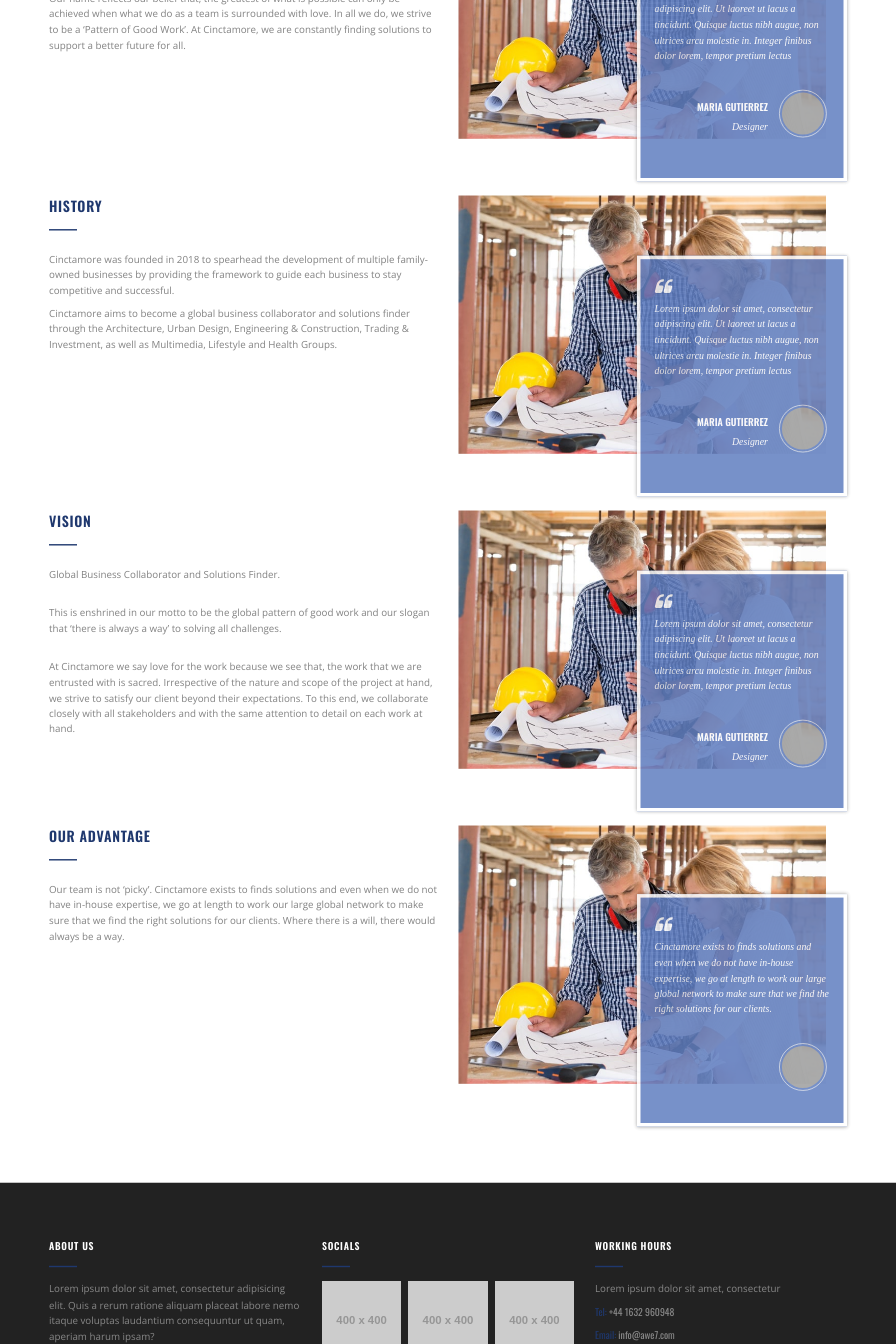
Repository: techieaccl/techieaccl.github.io
Page: about-us.html
These files come from the project's save history. The page is drawn as it stood at one moment and after the next save; the edit follows.
The browser window is 1280 px wide. The pictures show the part of the page from y = 555 to 2475 px (the page is 2671 px tall), at 70% of full size.
Pictures or frames that could not be fetched are drawn as grey boxes. Some web fonts or font styles are not loaded; a fallback is used.

Above is the page before, as saved 2021-09-08 20:01:34.

### about-us.html
<!DOCTYPE html>
<html>
    <head>
		<title>About Us</title>
		<meta charset="utf-8">
		<meta name="viewport" content="width=device-width, initial-scale=1.0, maximum-scale=1.0, user-scalable=no">
		<meta name="format-detection" content="telephone=no">
		<meta name="apple-mobile-web-app-capable" content="yes">
		<!-- Fonts-->
		<link rel="stylesheet" type="text/css" href="assets/fonts/fontawesome/font-awesome.min.css">
		<link rel="stylesheet" type="text/css" href="assets/fonts/pe-icon/pe-icon.css">
		<!-- Vendors-->
		<link rel="stylesheet" type="text/css" href="assets/vendors/bootstrap/grid.css">
		<link rel="stylesheet" type="text/css" href="assets/vendors/magnific-popup/magnific-popup.min.css">
		<link rel="stylesheet" type="text/css" href="assets/vendors/swiper/swiper.css">
		<!-- App & fonts-->
		<link rel="stylesheet" type="text/css" href="https://fonts.googleapis.com/css?family=Open+Sans:400,700|Oswald:400,600|Playfair+Display:400i">
		<link rel="stylesheet" type="text/css" href="assets/css/main.css"><!--[if lt IE 9]>
			<script src="https://oss.maxcdn.com/libs/html5shiv/3.7.0/html5shiv.js"></script>
		<![endif]-->
	</head>

    <body>
                <!-- preload -->
				<div class="preload" id="preload">
					<div class="cssload-spin-box"></div>
				</div><!-- End / preload -->


        <div class="page-wrap">
            <!-- header -->
			<header class="header header-fixheight header--fixed">
				<div class="container">
					<div class="header__inner">
						<div class="header-logo">
							<!-- <a href="home.html"><img src="assets/img/logo_white.png" alt=""/></a> -->
							<h1><strong>Cinctamore </strong></h1>
						</div>
						<!-- raising-menu -->
                        <ul class="raising-menu-generic">
                            <li><a href="index.html">Back To Home</a>
                            </li>
                        </ul><!-- raising-menu -->

					</div>
				</div>
			</header><!-- End / header -->

            <!-- Content-->
			<div class="md-content">

                <!-- Section -->
				<section class="md-section">
					<div class="container">
						<div class="row">
							<div class="col-lg-8 col-xs-offset-0 col-sm-offset-0 col-md-offset-0 col-lg-offset-2 ">

								<!-- sec-title -->
								<div class="sec-title sec-title__lg-title md-text-center">
									<br><br>
									<h2 class="sec-title__title">About Us</h2><span class="sec-title__divider"></span>
								</div><!-- End / sec-title -->

							</div>
						</div>
					</div>
				</section>

				<!-- Section -->
				<section class="md-section" style="background-color:#fff;padding:60px 0;">
					<div class="container">
						<div class="row">
							<div class="col-lg-6 ">
								<div class="mb-30">

									<!-- sec-title -->
									<div class="sec-title sec-title__lg-title">
										<h2 class="sec-title__title"><span>Our Name</span></h2><span class="sec-title__divider"></span>
									</div><!-- End / sec-title -->
									<p>Cinctamore - a combined word of “cincta (surrounded, encircled, crowned, girded, enclosed)” and “amore (love)” means “surrounded by love.”</p><br>
									<p>Our name reflects our belief that, the greatest of what is possible can only be achieved when what we do as a team is surrounded with love. In all we do, we strive to be a ‘Pattern of Good Work’.
									 <span>At Cinctamore, we are constantly finding solutions to support a better future for all. </span></span></p><br>
								</div>
							</div>
							<div class="col-lg-6 ">

								<!-- about -->
								<div class="about"><img src="assets/img/about/2.jpg" alt=""/>

									<!-- quote-02 -->
									<blockquote class="quote-02 about-quote">
										<p class="quote-02__text">Lorem ipsum dolor sit amet, consectetur adipiscing elit. Ut laoreet ut lacus a tincidunt. Quisque luctus nibh augue, non ultrices arcu molestie in. Integer finibus dolor lorem, tempor pretium lectus</p>

										<!-- authorbox -->
										<div class="authorbox">
											<div class="authorbox__avartar" style="background-image: url(https://unsplash.it/800);"><img src="https://unsplash.it/800" alt=""/></div>
											<div class="authorbox__info">
												<h5 class="authorbox__name">Maria Gutierrez</h5>
												<p class="authorbox__work">Designer</p>
											</div>
										</div><!-- End / authorbox -->

									</blockquote><!-- End / quote-02 -->

								</div><!-- End / about -->

							</div>
						</div>
						<div class="row">
							<div class="col-lg-6 ">
								<div class="mb-30">

									<!-- sec-title -->
									<div class="sec-title sec-title__lg-title">
										<h2 class="sec-title__title"><span>History </span></h2><span class="sec-title__divider"></span>
									</div><!-- End / sec-title -->

									<p>Cinctamore was founded in 2018 to spearhead the development of multiple family-owned
									 businesses by providing the framework to guide each business to stay competitive and successful.</p>
									<p>Cinctamore aims to become a global business collaborator and solutions finder through the Architecture,
									 Urban Design, Engineering & Construction, Trading & Investment, as well as Multimedia, Lifestyle and Health Groups. </p>
								</div>
							</div>
							<div class="col-lg-6 ">

								<!-- about -->
								<div class="about"><img src="assets/img/about/2.jpg" alt=""/>

									<!-- quote-02 -->
									<blockquote class="quote-02 about-quote">
										<p class="quote-02__text">Lorem ipsum dolor sit amet, consectetur adipiscing elit. Ut laoreet ut lacus a tincidunt. Quisque luctus nibh augue, non ultrices arcu molestie in. Integer finibus dolor lorem, tempor pretium lectus</p>

										<!-- authorbox -->
										<div class="authorbox">
											<div class="authorbox__avartar" style="background-image: url(https://unsplash.it/800);"><img src="https://unsplash.it/800" alt=""/></div>
											<div class="authorbox__info">
												<h5 class="authorbox__name">Maria Gutierrez</h5>
												<p class="authorbox__work">Designer</p>
											</div>
										</div><!-- End / authorbox -->

									</blockquote><!-- End / quote-02 -->

								</div><!-- End / about -->

							</div>
						</div>
						<div class="row">
							<div class="col-lg-6 ">
								<div class="mb-30">

									<!-- sec-title -->
									<div class="sec-title sec-title__lg-title">
										<h2 class="sec-title__title"><span>Vision</span></h2><span class="sec-title__divider"></span>
									</div><!-- End / sec-title -->
									<p>Global Business Collaborator and Solutions Finder.</p><br>
									<p>This is enshrined in our motto to be the global pattern of good work
									and our slogan that ‘there is always a way’ to solving all challenges.</p><br>
									<p>At Cinctamore we say love for the work because we see that, the work that we are entrusted with is sacred.
									Irrespective of the nature and scope of the project at hand, we strive to satisfy our client beyond their expectations.
									To this end, we collaborate closely with all stakeholders and with the same attention to detail on each work at hand. </p>
								</div>
							</div>
							<div class="col-lg-6 ">

								<!-- about -->
								<div class="about"><img src="assets/img/about/2.jpg" alt=""/>

									<!-- quote-02 -->
									<blockquote class="quote-02 about-quote">
										<p class="quote-02__text">Lorem ipsum dolor sit amet, consectetur adipiscing elit. Ut laoreet ut lacus a tincidunt. Quisque luctus nibh augue, non ultrices arcu molestie in. Integer finibus dolor lorem, tempor pretium lectus</p>

										<!-- authorbox -->
										<div class="authorbox">
											<div class="authorbox__avartar" style="background-image: url(https://unsplash.it/800);"><img src="https://unsplash.it/800" alt=""/></div>
											<div class="authorbox__info">
												<h5 class="authorbox__name">Maria Gutierrez</h5>
												<p class="authorbox__work">Designer</p>
											</div>
										</div><!-- End / authorbox -->

									</blockquote><!-- End / quote-02 -->

								</div><!-- End / about -->

							</div>
						</div>
						<div class="row">
							<div class="col-lg-6 ">
								<div class="mb-30">

									<!-- sec-title -->
									<div class="sec-title sec-title__lg-title">
										<h2 class="sec-title__title"><span>Our Advantage</span></h2><span class="sec-title__divider"></span>
									</div><!-- End / sec-title -->
									<p>Our team is not ‘picky’. Cinctamore exists to finds solutions and even when we do not have in-house expertise,
									we go at length to work our large global network to make sure that we find the right solutions for our clients.
									Where there is a will, there would always be a way. </p>
								</div>
							</div>
							<div class="col-lg-6 ">

								<!-- about -->
								<div class="about"><img src="assets/img/about/2.jpg" alt=""/>

									<!-- quote-02 -->
									<blockquote class="quote-02 about-quote">
										<p class="quote-02__text">Cinctamore exists to finds solutions and even when we do not have in-house expertise,
										we go at length to work our large global network to make sure that we find the right solutions for our clients.</p>

										<!-- authorbox -->
										<div class="authorbox">
											<div class="authorbox__avartar" style="background-image: url(https://unsplash.it/800);"><img src="https://unsplash.it/800" alt=""/></div>
											</div>
										</div><!-- End / authorbox -->

									</blockquote><!-- End / quote-02 -->

								</div><!-- End / about -->

							</div>
						</div>
					</div>
				</section>
				<!-- End / Section -->

				<!-- footer-01 -->
			<footer class="footer-01 md-skin-dark">
				<div class="footer-01__widget">
					<div class="container">
						<div class="row">
							<div class="col-md-6 col-lg-4 ">

								<!-- widget -->
								<section class="widget">

									<!-- sec-title -->
									<div class="sec-title">
										<h2 class="sec-title__title">about us</h2><span class="sec-title__divider"></span>
									</div><!-- End / sec-title -->

									<p>  Lorem ipsum dolor sit amet, consectetur adipisicing elit. Quis a rerum ratione aliquam placeat labore nemo itaque voluptas laudantium consequuntur ut quam, aperiam harum ipsam?</p>
								</section><!-- End / widget -->

							</div>

							<div class="col-md-6 col-lg-4 ">

								<!-- widget -->
								<section class="widget">

									<!-- sec-title -->
									<div class="sec-title">
										<h2 class="sec-title__title">Socials</h2><span class="sec-title__divider"></span>
									</div><!-- End / sec-title -->


									<!-- widget-gallery -->
									<div class="widget-gallery">
										<div class="widget-gallery__item"><a href="#" style="background-image: url('http://placehold.it/400x400');"><img src="http://placehold.it/400x400" alt=""/></a></div>
										<div class="widget-gallery__item"><a href="#" style="background-image: url('http://placehold.it/400x400');"><img src="http://placehold.it/400x400" alt=""/></a></div>
										<div class="widget-gallery__item"><a href="#" style="background-image: url('http://placehold.it/400x400');"><img src="http://placehold.it/400x400" alt=""/></a></div>
										<!-- <div class="widget-gallery__item"><a href="#" style="background-image: url('http://placehold.it/400x400');"><img src="http://placehold.it/400x400" alt=""/></a></div>
										<div class="widget-gallery__item"><a href="#" style="background-image: url('http://placehold.it/400x400');"><img src="http://placehold.it/400x400" alt=""/></a></div>
										<div class="widget-gallery__item"><a href="#" style="background-image: url('http://placehold.it/400x400');"><img src="http://placehold.it/400x400" alt=""/></a></div>
										<div class="widget-gallery__item"><a href="#" style="background-image: url('http://placehold.it/400x400');"><img src="http://placehold.it/400x400" alt=""/></a></div>
										<div class="widget-gallery__item"><a href="#" style="background-image: url('http://placehold.it/400x400');"><img src="http://placehold.it/400x400" alt=""/></a></div>
										<div class="widget-gallery__item"><a href="#" style="background-image: url('http://placehold.it/400x400');"><img src="http://placehold.it/400x400" alt=""/></a></div> -->
									</div><!-- End /  widget-gallery -->

								</section><!-- End / widget -->

							</div>
							<div class="col-lg-4 ">

								<!-- widget -->
								<section class="widget">

									<!-- sec-title -->
									<div class="sec-title">
										<h2 class="sec-title__title">working hours</h2><span class="sec-title__divider"></span>
									</div><!-- End / sec-title -->

									<p> Lorem ipsum dolor sit amet, consectetur</p>

									<!--  -->
									<div>
										<div class="widget-contact__item"><span class="widget-contact__title">Tel:</span>
											<p class="widget-contact__text">+44 1632 960948</p>
										</div>
										<div class="widget-contact__item"><span class="widget-contact__title">email:</span>
											<p class="widget-contact__text"><a href="#">info@awe7.com</a></p>
										</div>
										<div class="widget-contact__item"><span class="widget-contact__title">Working Hours</span>
											<p class="widget-contact__text">Mon - Sat: 9:00 - 18:00</p>
										</div>
									</div><!-- End /   -->

								</section><!-- End / widget -->

							</div>
						</div>
					</div>
				</div>

				<!-- copyright-01 -->
				<div class="copyright-01 md-text-center">
					<div class="container">
						<p class="copyright-01__copy">2021 &copy;. All rights Reserved.</p>
					</div>
				</div><!-- End / copyright-01 -->

			</footer><!-- End / footer-01 -->
            </div>
			<!-- End / Content-->
        </div>
    </body>
</html>

Loaded but not shown: assets/fonts/fontawesome/font-awesome.min.css (library); assets/fonts/pe-icon/pe-icon.css (common file); assets/vendors/bootstrap/grid.css (library); assets/vendors/magnific-popup/magnific-popup.min.css (library); assets/vendors/swiper/swiper.css (library); assets/css/main.css (4044 lines, source omitted)

After the next save:
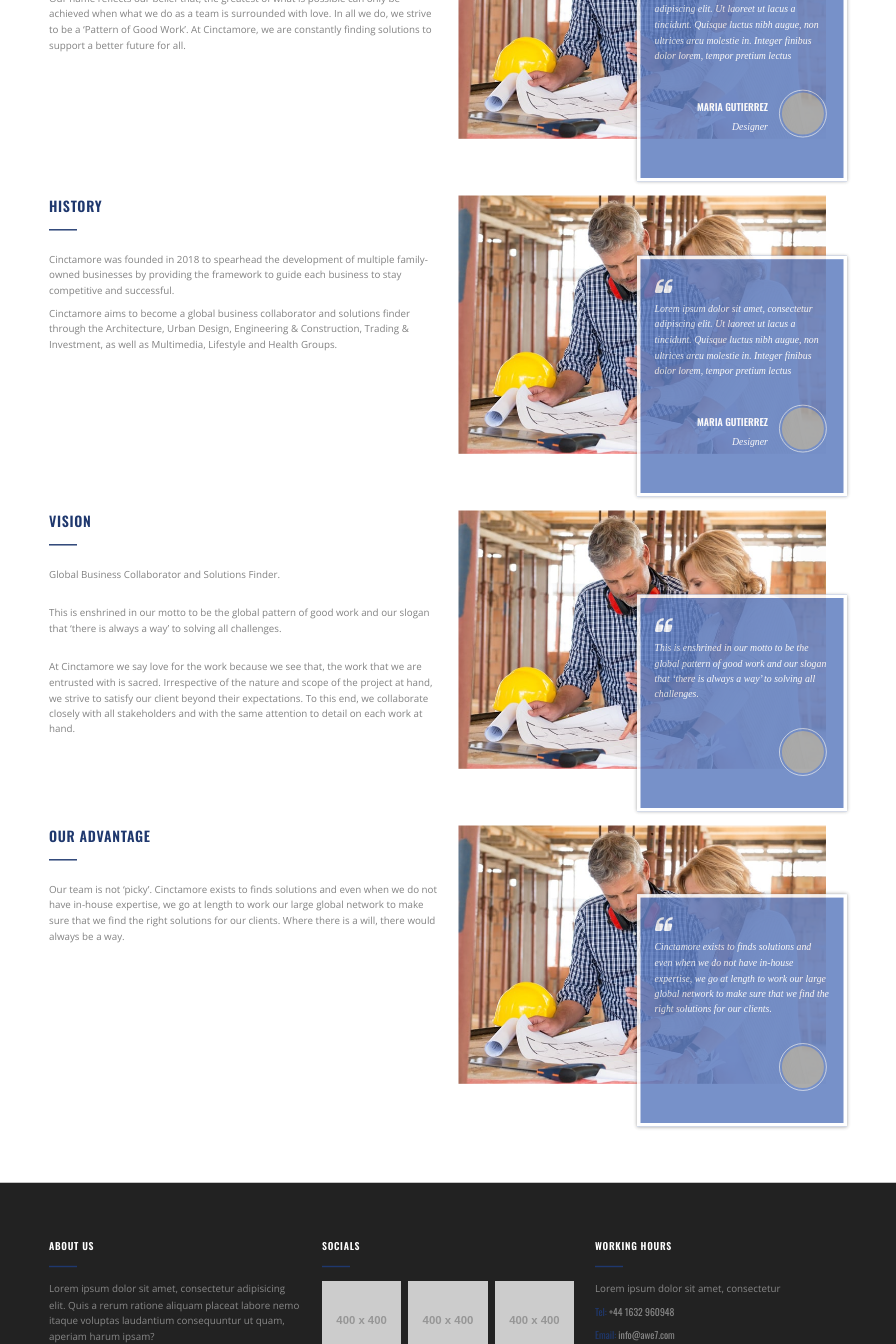
Saved 2 min 9 s later.
--- a/about-us.html
+++ b/about-us.html
@@ -168,15 +168,11 @@
 
 									<!-- quote-02 -->
 									<blockquote class="quote-02 about-quote">
-										<p class="quote-02__text">Lorem ipsum dolor sit amet, consectetur adipiscing elit. Ut laoreet ut lacus a tincidunt. Quisque luctus nibh augue, non ultrices arcu molestie in. Integer finibus dolor lorem, tempor pretium lectus</p>
-
+										<p class="quote-02__text">This is enshrined in our motto to be the global pattern of good work
+											and our slogan that ‘there is always a way’ to solving all challenges.</p>
 										<!-- authorbox -->
 										<div class="authorbox">
 											<div class="authorbox__avartar" style="background-image: url(https://unsplash.it/800);"><img src="https://unsplash.it/800" alt=""/></div>
-											<div class="authorbox__info">
-												<h5 class="authorbox__name">Maria Gutierrez</h5>
-												<p class="authorbox__work">Designer</p>
-											</div>
 										</div><!-- End / authorbox -->
 
 									</blockquote><!-- End / quote-02 -->
@@ -218,7 +214,7 @@
 
 								</div><!-- End / about -->
 
-							</div>
+						</div>
 						</div>
 					</div>
 				</section>
